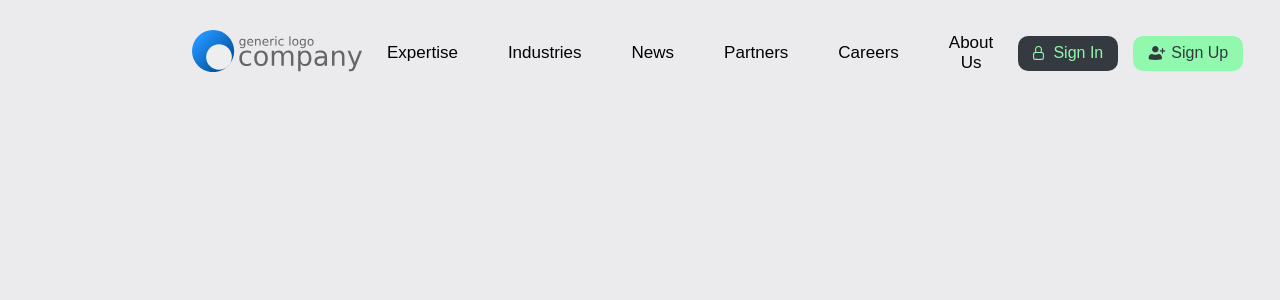
Repository: Andriy-Ma/widgetTask
Page: /
An editor plug-in stored every save of this project. The page is shown before and after the next save, followed by the edit.
The browser window is 1280 px wide. The pictures show the whole page.
Some web fonts or font styles are not loaded; a fallback is used. The project was rebuilt for these pictures with package versions that can differ from the ones it lists, and the page was loaded fresh each time.

Above is the page before, as saved 2022-08-29 17:21:29.

After the next save:
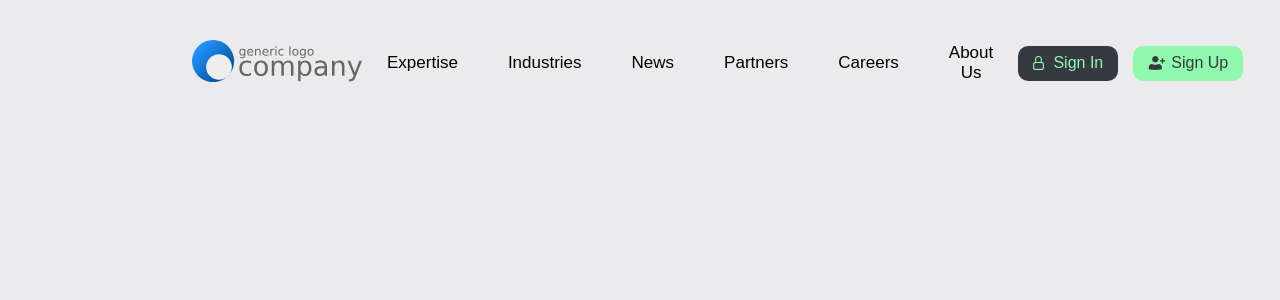
Saved 15 s later.
--- a/src/components/Header/header.module.css
+++ b/src/components/Header/header.module.css
@@ -6,7 +6,7 @@
     display: flex;
     justify-content: space-between;
     align-items: center;
-    padding-top: 30px;
+    padding-top: 40px;
     min-width: 1000px;
 }
 .middleOfHeader {

After the save that followed:
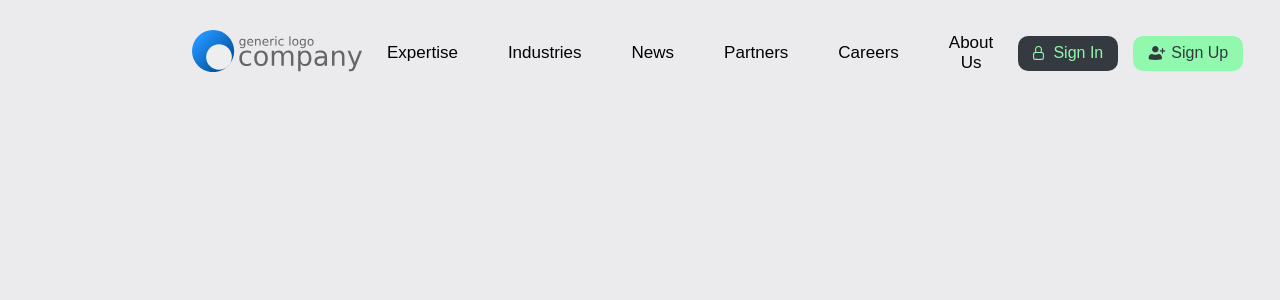
Saved 6 s later.
--- a/src/components/Header/header.module.css
+++ b/src/components/Header/header.module.css
@@ -6,7 +6,7 @@
     display: flex;
     justify-content: space-between;
     align-items: center;
-    padding-top: 40px;
+    padding-top: 30px;
     min-width: 1000px;
 }
 .middleOfHeader {
